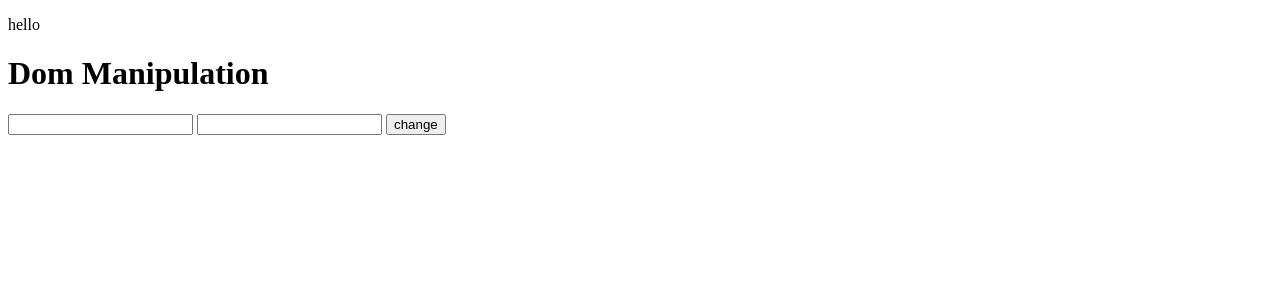
Repository: Haakim19/JavaScript
Page: index.html
The author's editor kept a copy of each file at every save. The page is drawn from the files as they stood at one save, then again after the next save.
The browser window is 1280 px wide. The pictures show the whole page.

Above is the page before, as saved 2024-10-13 11:30:09.

### index.html
<!DOCTYPE html>
<html lang="en">
<head>
    <meta charset="UTF-8">
    <meta name="viewport" content="width=device-width, initial-scale=1.0">
    <title>Dom Manipulation</title>
</head>
<body>
    <p id="one">hello</p>
    <h1 id = "title">Dom Manipulation</h1>
    <input id = "num1">
    <input  id = "num2">
    <button onclick="change()">change</button>
    <script>
        // Select the P tag with the id.
        // print content inside the p tag using innerHTML
        // paragraph = document.getElementById('one')
        // paragraph.textContent = 'Zoro'
        // console.log(paragraph.textContent);

        // Select the h1 tag with the id.
        // print content inside the h1 tag
        // heading = document.getElementById('title')
        // heading.textContent = 'Hello'
        // console.log(heading.textContent);

        // ivent handling
        function change(num1,num2){
            num1 = document.getElementById('num1')
            num2 = document.getElementById('num2')
            num1 + num2
        }
    </script>
</body>
</html>

After the next save:
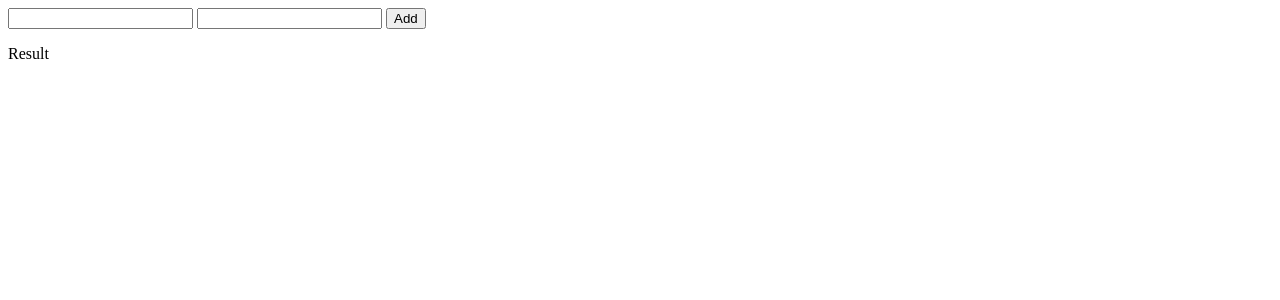
Saved 47 s later.
--- a/index.html
+++ b/index.html
@@ -6,11 +6,12 @@
     <title>Dom Manipulation</title>
 </head>
 <body>
-    <p id="one">hello</p>
-    <h1 id = "title">Dom Manipulation</h1>
+    <!-- <p id="one">hello</p>
+    <h1 id = "title">Dom Manipulation</h1> -->
     <input id = "num1">
     <input  id = "num2">
-    <button onclick="change()">change</button>
+    <button onclick="change()">Add</button>
+    <p>Result</p>
     <script>
         // Select the P tag with the id.
         // print content inside the p tag using innerHTML
@@ -25,10 +26,8 @@
         // console.log(heading.textContent);
 
         // ivent handling
-        function change(num1,num2){
-            num1 = document.getElementById('num1')
-            num2 = document.getElementById('num2')
-            num1 + num2
+        function change(){
+
         }
     </script>
 </body>
